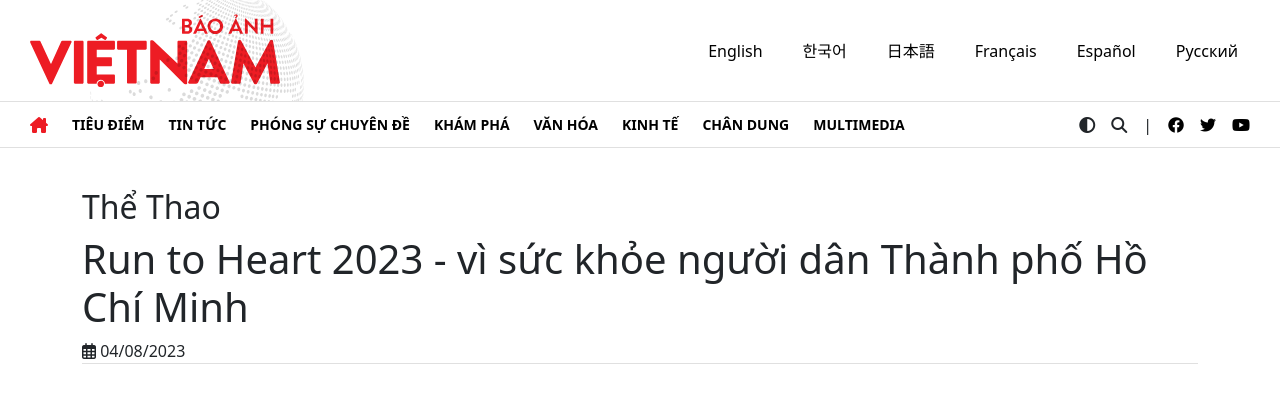
Repository: kietdotshp/webtintuc
Page: Detail.html
An editor plug-in stored every save of this project. The page is shown before and after the next save, followed by the edit.
The browser window is 1280 px wide. The pictures show the whole page.
Some web libraries are served in a nearby version.

Above is the page before, as saved 2023-08-10 16:02:56.

### Detail.html
<!DOCTYPE html>
<html lang="en">

<head>
    <title></title>
    <meta charset="UTF-8">
    <meta name="viewport" content="width=device-width, initial-scale=1">
    <link href="assets/css/detail.css" rel="stylesheet">
    <link href="https://cdn.jsdelivr.net/npm/bootstrap@5.3.1/dist/css/bootstrap.min.css" rel="stylesheet"
        integrity="sha384-4bw+/aepP/YC94hEpVNVgiZdgIC5+VKNBQNGCHeKRQN+PtmoHDEXuppvnDJzQIu9" crossorigin="anonymous">
    <link href="https://cdn.jsdelivr.net/npm/bootstrap@5.3.1/dist/css/bootstrap.min.css" rel="stylesheet"
        integrity="sha384-4bw+/aepP/YC94hEpVNVgiZdgIC5+VKNBQNGCHeKRQN+PtmoHDEXuppvnDJzQIu9" crossorigin="anonymous" />
    <script src="https://cdn.jsdelivr.net/npm/bootstrap@5.3.1/dist/js/bootstrap.bundle.min.js"></script>
    <script src="https://kit.fontawesome.com/a076d05399.js"></script>
    <link rel="stylesheet" href="https://cdnjs.cloudflare.com/ajax/libs/font-awesome/6.4.2/css/all.min.css"
        integrity="sha512-z3gLpd7yknf1YoNbCzqRKc4qyor8gaKU1qmn+CShxbuBusANI9QpRohGBreCFkKxLhei6S9CQXFEbbKuqLg0DA=="
        crossorigin="anonymous" referrerpolicy="no-referrer" />

        <link rel="stylesheet"href="https://cdnjs.cloudflare.com/ajax/libs/font-awesome/4.7.0/css/font-awesome.min.css"/>
</head>

<header>
    <div class="container-custom">
        <section class="d-flex align-items-center justify-content-between">
            <!-- Web logo -->
            <figure class="web-logo">
                <img src="./assets/images/logo-vi.svg" alt="Logo" class="img-contain" />
            </figure>

            <div class="d-none d-lg-flex align-items-center gap-3">
                <a href="javascript:void(0)" class="choose-lang">English</a>
                <a href="javascript:void(0)" class="choose-lang">한국어</a>
                <a href="javascript:void(0)" class="choose-lang">日本語</a>
                <a href="javascript:void(0)" class="choose-lang">Français</a>
                <a href="javascript:void(0)" class="choose-lang">Español</a>
                <a href="javascript:void(0)" class="choose-lang">Русский</a>
            </div>

            <a class="mobile-menu d-lg-none" href="javascript:void(0)">
                <i class="fa-solid fa-bars-staggered fs-2"></i>
            </a>
        </section>
    </div>

    <div class="line-seperate-horizontal"></div>

    <div class="container-custom">
        <section class="d-flex align-items-center justify-content-between py-3 py-lg-0">
            <div class="d-flex align-items-center gap-4 gap-xxl-5">
                <a href="javascript:void(0)">
                    <i class="fa-solid fa-house-chimney color-primary"></i>
                </a>

                <div class="d-none d-lg-flex align-items-center gap-4 gap-xxl-5">
                    <a href="javascript:void(0)" class="menu-item">Tiêu điểm</a>
                    <a href="javascript:void(0)" class="menu-item">Tin tức</a>
                    <a href="javascript:void(0)" class="menu-item">Phóng sự chuyên đề</a>
                    <a href="javascript:void(0)" class="menu-item">Khám phá</a>
                    <a href="javascript:void(0)" class="menu-item">Văn hóa</a>
                    <a href="javascript:void(0)" class="menu-item">Kinh tế</a>
                    <a href="javascript:void(0)" class="menu-item">Chân dung</a>
                    <a href="javascript:void(0)" class="menu-item">Multimedia</a>
                </div>
            </div>

            <div class="d-flex align-items-center gap-3">
                <div class="d-flex align-items-center gap-3">
                    <div class="cursor-pointer">
                        <i class="fa-solid fa-circle-half-stroke"></i>
                    </div>
                    <div class="cursor-pointer">
                        <i class="fa-solid fa-magnifying-glass"></i>
                    </div>
                </div>

                <div class="d-lg-none d-xl-block">|</div>

                <div class="d-lg-none d-xl-flex align-items-center gap-3">
                    <a href="javascript:void(0)">
                        <i class="fa-brands fa-facebook-f"></i>
                    </a>
                    <a href="javascript:void(0)">
                        <i class="fa-brands fa-twitter"></i>
                    </a>
                    <a href="javascript:void(0)">
                        <i class="fa-brands fa-youtube"></i>
                    </a>
                </div>
            </div>
        </section>
    </div>
</header>
<div class="line-seperate-horizontal"></div>

<body>
    <div class="container">
        <div class="detailmenu">
            <h2><link href="#" target="kiểu mở liên kết">Thể Thao</link> </h2>
            <h1>Run to Heart 2023 - vì sức khỏe người dân Thành phố Hồ Chí Minh</h1>

            <time>
                <i class="fa-regular fa-calendar"></i>
                04/08/2023
            </time>
            <div class="line-seperate-horizontal"></div>
        </div>
    </div>
</body>

</html>

### assets/css/detail.css
:root {
    --main-color: #333;
    --main-red-color: #ed1c24;
    --main-white-color: #fff;
    --main-blue-color-1: #b8dcf3;
    --main-blue-color-2: #467491;
    --main-grey-color-1: #666;
    --main-grey-color-2: #888;
    --main-grey-color-3: #f0f0f0;
    --main-border-color: #e0e0e0;
  }

  /* Common */
  .body {
    display: flex;
    flex-direction: column;
    min-height: 100vh;
    font-size: 16px;
    color: var(--main-color);
    font-family: 'Roboto-Regular', sans-serif;
  }

  .img-cover {
    width: 100%;
    height: 100%;
    object-fit: cover;
  }

  .img-contain {
    width: 100%;
    height: 100%;
    object-fit: contain;
  }

  img {
    max-width: 100%;
    max-height: 100%;
  }

  a {
    text-decoration: none !important;
    color: initial !important;
  }

  .color-primary {
    color: var(--main-red-color);
  }

  .cursor-pointer {
    cursor: pointer;
  }

  .container-custom {
    max-width: 1400px;
    padding-inline: 15px;
    margin: 0 auto;

    @media (min-width: 768px) {
      padding-inline: 30px;
    }
  }

  .text-line-clamp-2 {
    display: -webkit-box;
    -webkit-line-clamp: 2;
    -webkit-box-orient: vertical;
    overflow: hidden;
  }

  .text-line-clamp-3 {
    display: -webkit-box;
    -webkit-line-clamp: 3;
    -webkit-box-orient: vertical;
    overflow: hidden;
  }

  .image-padding-top {
    position: relative;
    padding-top: 56.25%;
  }

  /* Header css */
  .web-logo {
    position: relative;
    padding-block: 14px;
    margin-bottom: 0;
    width: 150px;

    @media (min-width: 992px) {
      width: 250px;
    }
  }

  .web-logo::after {
    content: '';
    background: url('../images/earth-digital.svg') no-repeat;
    width: 100%;
    height: 100%;
    opacity: 0.2;
    position: absolute;
    right: -60px;
    top: 0;
  }

  .choose-lang {
    border-radius: 9999px;
    padding: 6px 12px;
  }

  .choose-lang:hover {
    background-color: var(--main-border-color);
  }

  .line-seperate-horizontal {
    width: 100%;
    height: 1px;
    background-color: #e0e0e0;
  }

  .line-seperate-vertical {
    width: 1px;
    height: 100%;
    background-color: #e0e0e0;
    margin: 0 auto;
  }

  .menu-item {
    text-transform: uppercase;
    font-weight: 700;
    font-size: 14px;
    position: relative;
    padding-block: 12px;
    white-space: nowrap;
  }

  .menu-item::before {
    content: '';
    position: absolute;
    top: -1px;
    left: 50%;
    right: 50%;
    transform: translate(-50%, 0);
    width: 0;
    height: 2px;
    background: var(--main-red-color);
    transition: all 0.2s linear;
  }

  .menu-item:hover:before {
    width: 100%;
  }

  /* Carousel */
  .carousel-item {
    position: absolute !important;
    top: 0;
    left: 0;
    width: 100%;
    height: 100%;
  }

  .carousel-control-next,
  .carousel-control-prev {
    width: 10% !important;
  }

  .carousel-control-prev,
  .carousel-control-next {
    opacity: 0 !important;
  }

  .carousel:hover .carousel-control-prev,
  .carousel:hover .carousel-control-next {
    transition: all 0.3s linear;
    opacity: 1 !important;
  }

  /* Main */
  .content {
    border: 1px solid var(--main-border-color);
    padding: 20px;
  }

  .content-spacing {
    margin-block: 40px;
  }

  .content-title {
    display: inline-block;
    color: var(--main-red-color);
    line-height: 26px;
    font-size: 26px;
    font-weight: 600;
    margin-bottom: 20px;
  }

  .article-title {
    font-size: 22px;
    font-weight: 600;
  }

  .article-title.sub {
    font-size: 16px;
  }

  .article-category {
    text-transform: uppercase;
    font-size: 12px;
    color: var(--main-grey-color-2);
  }

  .content-ul-list {
    padding-left: 20px;
    margin-bottom: 0;
    max-height: 480px;
    overflow: auto;
  }

  .content-ul-list li::marker {
    color: var(--main-red-color);
  }

  /* Spacing */
  .mb-10px {
    margin-bottom: 10px;
  }

  .max-w-40px {
    max-width: 40px !important;
  }
  .h2{
    color: var(--main-red-color);
  }
  .detailmenu{
    margin-top: 40px;
  }

After the next save:
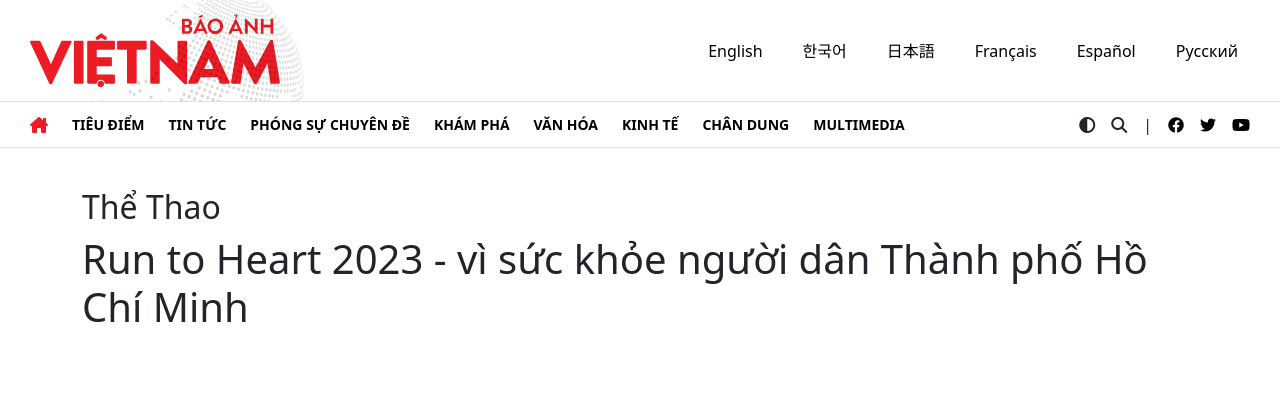
Saved 17 s later.
--- a/Detail.html
+++ b/Detail.html
@@ -97,11 +97,7 @@
         <div class="detailmenu">
             <h2><link href="#" target="kiểu mở liên kết">Thể Thao</link> </h2>
             <h1>Run to Heart 2023 - vì sức khỏe người dân Thành phố Hồ Chí Minh</h1>
-
-            <time>
-                <i class="fa-regular fa-calendar"></i>
-                04/08/2023
-            </time>
+            <d
             <div class="line-seperate-horizontal"></div>
         </div>
     </div>

After the 2 saves that followed:
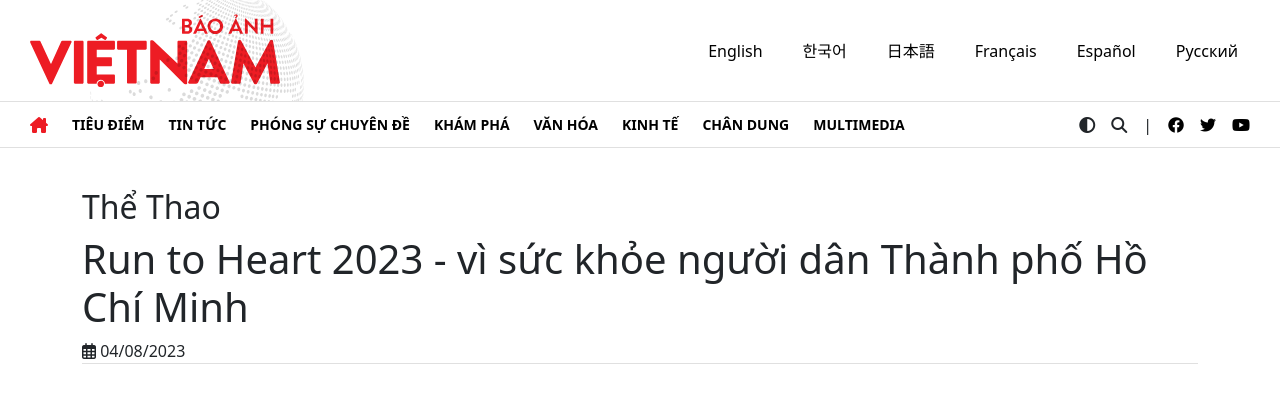
The 2 saves are shown as one change because they came seconds apart.
The last was saved 6 s later.
--- a/Detail.html
+++ b/Detail.html
@@ -97,7 +97,12 @@
         <div class="detailmenu">
             <h2><link href="#" target="kiểu mở liên kết">Thể Thao</link> </h2>
             <h1>Run to Heart 2023 - vì sức khỏe người dân Thành phố Hồ Chí Minh</h1>
-            <d
+            <div>
+                <time>
+                    <i class="fa-regular fa-calendar"></i>
+                    04/08/2023
+                </time>
+            </div>
             <div class="line-seperate-horizontal"></div>
         </div>
     </div>
